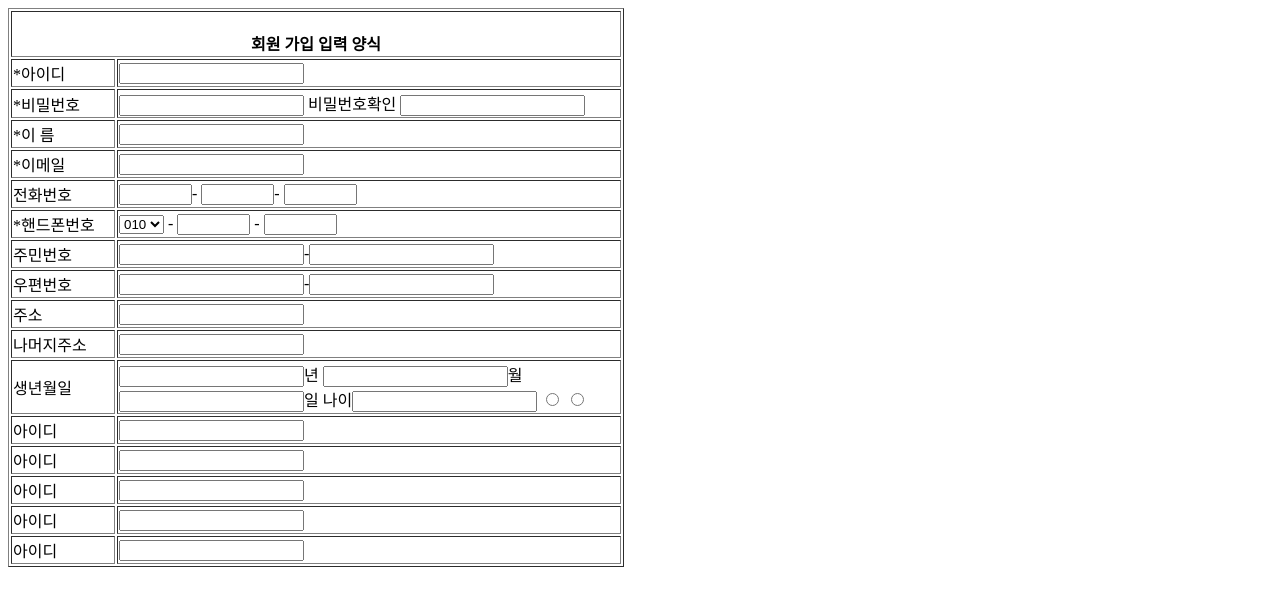
Repository: vkfkstptkd1/WebProgramming
Page: ch3_FormTag/WebContent/In_Form.html
The author's editor kept a copy of each file at every save. The page is drawn from the files as they stood at one save, then again after the next save.
The browser window is 1280 px wide. The pictures show the whole page.

Above is the page before, as saved 2021-03-20 04:29:29.

### ch3_FormTag/WebContent/In_Form.html
<!DOCTYPE html>
<html>
<head>
<meta charset="EUC-KR">
<title>First Practice : In_ Form</title>
</head>
<body>
<form action= "In_Form_ok.jsp" method="post">
	<table border="1">
	<tr><th colspan=2><br>회원 가입 입력 양식</th></tr><!--표제목  -->
	<tr><td width= "100"> *아이디</td>
		<td width="500"> <input type="text" name="id"></td>
	</tr>
	<tr><td> *비밀번호</td>
		<td> <input type="text" name="pwd"> 비밀번호확인 <input type="text" name="pwdok">
		</td>
	</tr>
	<tr><td> *이 름</td>
		<td> <input type="text" name="name"></td>
	</tr>
	<tr><td> *이메일</td>
		<td> <input type="text" name="email"></td>
	</tr>
	<tr><td> 전화번호</td>
		<td><input type="text" name="homenumber" size=6>-
			<input type="text" name="homenumber" size=6>-
			<input type="text" name="homenumber" size=6>
		</td>
	</tr>
	<tr><td> *핸드폰번호</td>
		<td>
		<SELECT NAME="phonenumber1">
		<OPTION VALUE="010">010</OPTION>
		<OPTION VALUE="011">011</OPTION>
		<OPTION VALUE="012">012</OPTION>
		</SELECT>
		-
		<input type="text" name="phonenumber2" size=6>
		-
		<input type="text" name="phonenumber3" size=6>
		</td>
	</tr>
	<tr><td> 주민번호</td>
		<td> <input type="text" name="ssn1">-<input type="text" name="ssn2"></td>
	</tr>
	<tr><td> 우편번호</td>
		<td> <input type="text" name="pn1">-<input type="text" name="pn2"></td>
	</tr>
	<tr><td> 주소</td>
		<td> <input type="text" name="ad"></td>
	</tr>
	<tr><td> 나머지주소</td>
		<td> <input type="text" name="remainderad"></td>
	</tr>
	<tr><td> 생년월일</td>
		<td> <input type="text" name="year">년
			 <input type="text" name="month">월
			 <input type="text" name="day">일
			 나이<input type="text" name="age">
			 <input type="radio" name="gender" value="남">
			 <input type="radio" name="gender" value="여">
		</td>
	</tr>
	<tr><td> 아이디</td>
		<td> <input type="text" name="id"></td>
	</tr>
	<tr><td > 아이디</td>
		<td > <input type="text" name="id"></td>
	</tr>
	<tr><td > 아이디</td>
		<td > <input type="text" name="id"></td>
	</tr>
	<tr><td > 아이디</td>
		<td > <input type="text" name="id"></td>
	</tr>
	<tr><td > 아이디</td>
		<td > <input type="text" name="id"></td>
	</tr>

	</table>
</form>

</body>
</html>

After the next save:
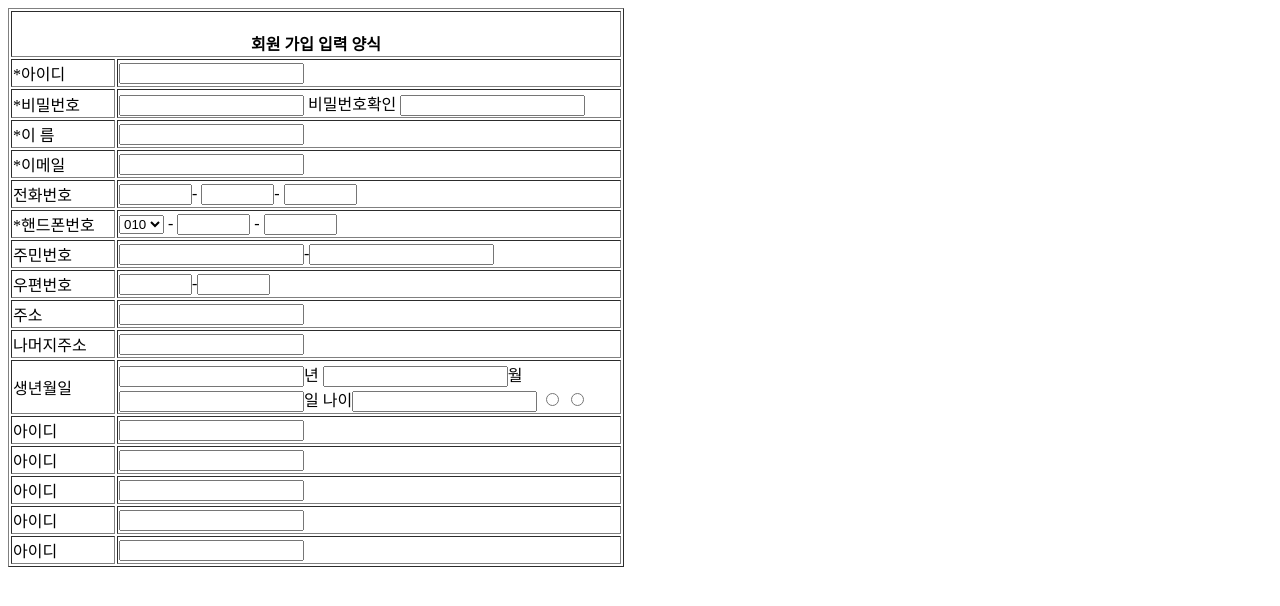
Saved 20 s later.
--- a/ch3_FormTag/WebContent/In_Form.html
+++ b/ch3_FormTag/WebContent/In_Form.html
@@ -44,7 +44,7 @@
 		<td> <input type="text" name="ssn1">-<input type="text" name="ssn2"></td>
 	</tr>
 	<tr><td> 우편번호</td>
-		<td> <input type="text" name="pn1">-<input type="text" name="pn2"></td>
+		<td> <input type="text" name="pn1" size =6>-<input type="text" name="pn2" size=6></td>
 	</tr>
 	<tr><td> 주소</td>
 		<td> <input type="text" name="ad"></td>
